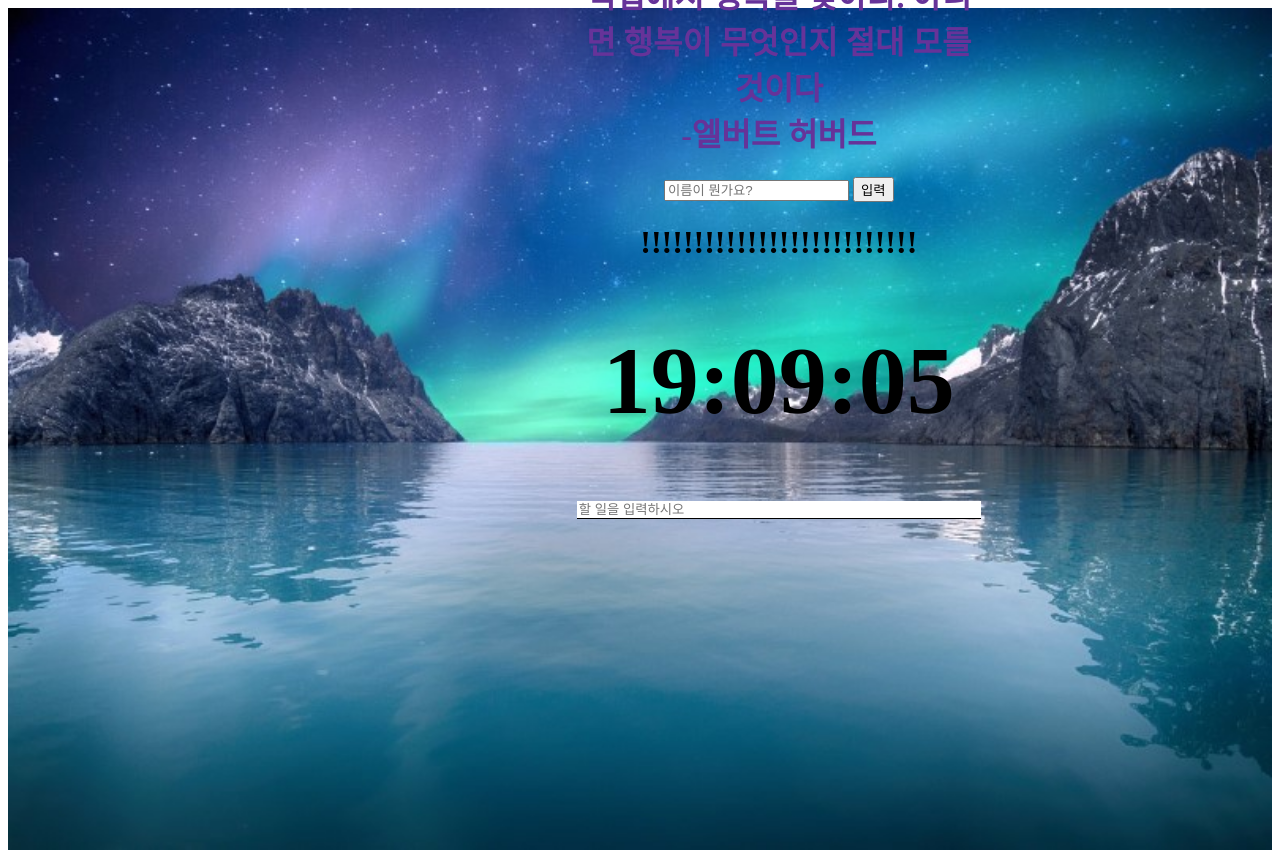
Repository: jun01270/F-E-practice
Page: index.html
The author's editor kept a copy of each file at every save. The page is drawn from the files as they stood at one save, then again after the next save.
The browser window is 1280 px wide. The pictures show the whole page.

Above is the page before, as saved 2023-01-10 19:14:57.

### index.html
<!DOCTYPE html>
<html lang="en">
  <head>
    <meta charset="UTF-8" />
    <meta http-equiv="X-UA-Compatible" content="IE=edge" />
    <meta name="viewport" content="width=device-width, initial-scale=1.0" />
    <link rel="stylesheet" href="/css/style.css" />
    <title>Document</title>
  </head>
  <body>
    <div id="all">
      <form id="userName-form" class="hidden">
        <input required type="text" placeholder="이름이 뭔가요?" />
        <input type="submit" value="입력" />
      </form>

      <h1 class="result">!!!!!!!!!!!!!!!!!!!!!!!!!!</h1>
      <h1 id="clock">00:00:00</h1>
      <form id="todo-form">
        <input id="input-blank" type="text" placeholder="할 일을 입력하시오" />
      </form>
      <ul id="todo-list"></ul>
      <div id="quote">
        <span></span>
        <div></div>
      </div>
    </div>
    <!-- <div>
      <form>
        <input type="submit" class="userName-form" />
      </form>
    </div> -->
    <script src="/js/greeting.js"></script>
    <script src="/js/clock.js"></script>
    <script src="/js/quotes.js"></script>
    <script src="/js/background.js"></script>
    <script src="js/todo.js"></script>
    <script src="/js/weather.js"></script>
  </body>
</html>

### css/style.css
.hidden {
  display: none;
}

#background {
  width: 100%;
  height: 100%;
  padding: 0;
}

body {
  position: relative;
}

#all {
  position: absolute;
  top: 20%;
  left: 45%;
  text-align: center;
}

#clock {
  font-size: 600%;
}

#input-blank {
  width: 400px;
  border-top: none;
  border-left: none;
  border-right: none;
  border-bottom: 1px solid black;
}

#todo-list {
  color: yellow;
}

#quote {
  position: absolute;
  bottom: 380px;
  color: rebeccapurple;
  font-size: xx-large;
  font-weight: bold;
}

#todo-list {
  list-style: none;
}

### js/greeting.js
const userNameBtn = document.querySelector("#userName-form submit");
const userName = document.querySelector("#userName-form input");
const loginForm = document.querySelector("#userName-form");
const firstH1 = document.getElementById("result");
const SavedUserName = localStorage.getItem("username");
const HIDDEN_CLASSNAME = "hidden";

function loginResult(e) {
  e.preventDefault();
  loginForm.classList.add(HIDDEN_CLASSNAME);
  const userName1 = userName.value;
  localStorage.setItem("username", userName1);
  paintUserName();
}

function paintUserName() {
  const userName1 = localStorage.getItem("username");
  firstH1.innerText = `Hello ${userName1}`;
  firstH1.classList.remove(HIDDEN_CLASSNAME);
}

if (SavedUserName === null) {
  loginForm.classList.remove(HIDDEN_CLASSNAME);
  loginForm.addEventListener("submit", loginResult);
} else {
  paintUserName();
}

function deleteUserName() {
  localStorage.removeItem("username");
  location.reload();
}

### js/clock.js
const all = document.querySelector("div#all");
const clock = all.querySelector("h1#clock");

function getClock() {
  const date = new Date();
  let Hours = String(date.getHours()).padStart(2, "0");
  let Minutes = String(date.getMinutes()).padStart(2, "0");
  let Seconds = String(date.getSeconds()).padStart(2, "0");
  // console.log(`${date.getHours()}:${date.getMinutes()}:${date.getSeconds()}`);
  clock.innerText = `${Hours}:${Minutes}:${Seconds}`;
}

getClock();
setInterval(getClock, 1000);

### js/quotes.js
const quotes = [
  {
    quote: "삶이 있는 한 희망은 있다",
    author: "-키케로",
  },
  {
    quote: "산다는것 그것은 치열한 전투이다.",
    author: "-로망로랑",
  },
  {
    quote: "하루에 3시간을 걸으면 7년 후에 지구를 한바퀴 돌 수 있다. ",
    author: "-사무엘존슨",
  },
  {
    quote: "언제나 현재에 집중할수 있다면 행복할것이다. ",
    author: "-파울로 코엘료",
  },
  {
    quote:
      "진정으로 웃으려면 고통을 참아야하며 , 나아가 고통을 즐길 줄 알아야 해 ",
    author: "-찰리 채플린",
  },
  {
    quote: "직업에서 행복을 찾아라. 아니면 행복이 무엇인지 절대 모를 것이다 ",
    author: "-엘버트 허버드",
  },
  {
    quote: "신은 용기있는자를 결코 버리지 않는다 ",
    author: "-켄러",
  },
  {
    quote:
      "행복의 문이 하나 닫히면 다른 문이 열린다 그러나 우리는 종종 닫힌 문을 멍하니 바라보다가 우리를 향해 열린 문을 보지 못하게 된다 ",
    author: "–헬렌켈러",
  },
  {
    quote: "피할수 없으면 즐겨라 ",
    author: "–로버트 엘리엇",
  },
];
const quoteCount = quotes.length;
const quote = document.querySelector("#quote span");
const author = document.querySelector("#quote div");

function showQuote() {
  const todaysQuote = quotes[Math.floor(Math.random() * quoteCount)];
  quote.innerText = todaysQuote.quote;
  author.innerText = todaysQuote.author;
}

showQuote();
setInterval(showQuote, 5000);

### js/background.js
const images = ["moon.jpg", "river.jpg", "orora.jpg"];
const chosenImage = images[Math.floor(Math.random() * images.length)];
const bgImage = document.createElement("img");
const content = document.getElementById("wrapper");
bgImage.id = "background";

bgImage.src = `img/${chosenImage}`;

document.body.appendChild(bgImage);
// bgImage.appendChild(content);

console.log(content);

### js/todo.js
const toDoForm = document.getElementById("todo-form");
const toDoInput = document.querySelector("#todo-form input");
const toDoLists = document.getElementById("todo-list");
const toDoId = document.querySelector("ul#todo-list li");
const TODOS_KEY = "todos";
let toDos = [];

function saveToDoLists() {
  localStorage.setItem(TODOS_KEY, JSON.stringify(toDos));
}

function deleteToDo(e) {
  const toDoList = e.target.parentNode;
  toDoList.remove();
  toDos = toDos.filter((toDo) => toDo.id !== parseInt(toDoList.id));
  saveToDoLists();
}

function paintToDo(newToDoObj) {
  const listOfToDo = document.createElement("li");
  listOfToDo.id = newToDoObj.id;
  const span = document.createElement("span");
  span.innerText = newToDoObj.text;
  const deleteButton = document.createElement("button");
  deleteButton.innerText = "❌";
  deleteButton.addEventListener("click", deleteToDo);
  listOfToDo.appendChild(span);
  listOfToDo.appendChild(deleteButton);
  toDoLists.appendChild(listOfToDo);
}

function handleToDoSubmit(e) {
  e.preventDefault();
  const newToDo = toDoInput.value;
  toDoInput.value = "";
  const newToDoObj = {
    text: newToDo,
    id: toDos.length + 1,
  };
  toDos.push(newToDoObj);
  paintToDo(newToDoObj);
  saveToDoLists();
}

toDoForm.addEventListener("submit", handleToDoSubmit);

const getToDo = localStorage.getItem(TODOS_KEY);
if (getToDo !== null) {
  const parseToDo = JSON.parse(getToDo);
  toDos = parseToDo;
  parseToDo.forEach(paintToDo);
}

### js/weather.js
const API_KEY = "fbf7375beaa21a73574692bdaef4a2e7";

function onGeoSuc(position) {
  const lat = position.coords.latitude;
  const lon = position.coords.longitude;
  console.log("Your position is", lat, lon);
  const url = `https://api.openweathermap.org/geo/1.0/reverse?lat=${lat}&lon=${lon}&limit={limit}&appid=${API_KEY}`;
  console.log(url);
}

function onGeoErr() {
  alert("위치를 찾을 수 없습니다.");
}
navigator.geolocation.getCurrentPosition(onGeoSuc, onGeoErr);

After the next save:
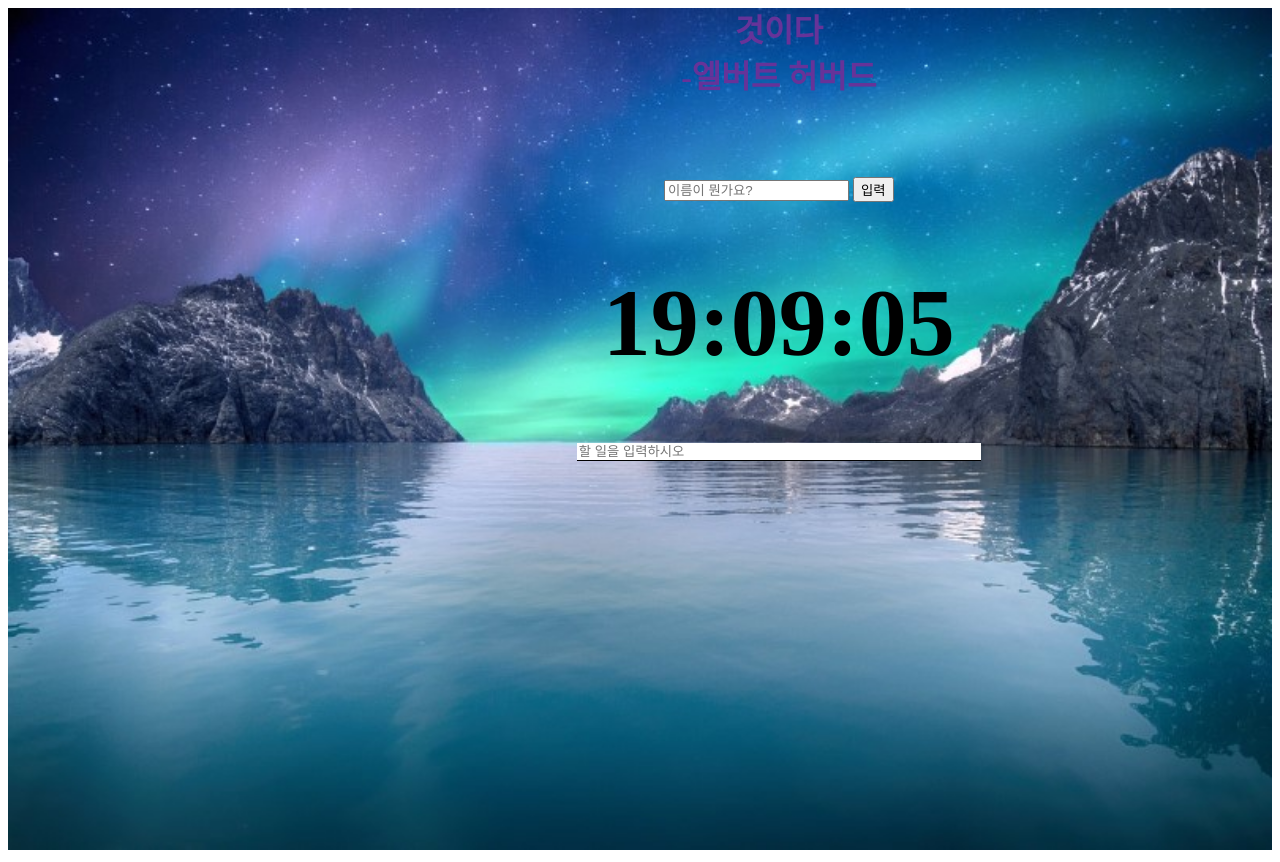
Saved 106 s later.
--- a/index.html
+++ b/index.html
@@ -13,8 +13,7 @@
         <input required type="text" placeholder="이름이 뭔가요?" />
         <input type="submit" value="입력" />
       </form>
-
-      <h1 class="result">!!!!!!!!!!!!!!!!!!!!!!!!!!</h1>
+      <h1 id="result"></h1>
       <h1 id="clock">00:00:00</h1>
       <form id="todo-form">
         <input id="input-blank" type="text" placeholder="할 일을 입력하시오" />
